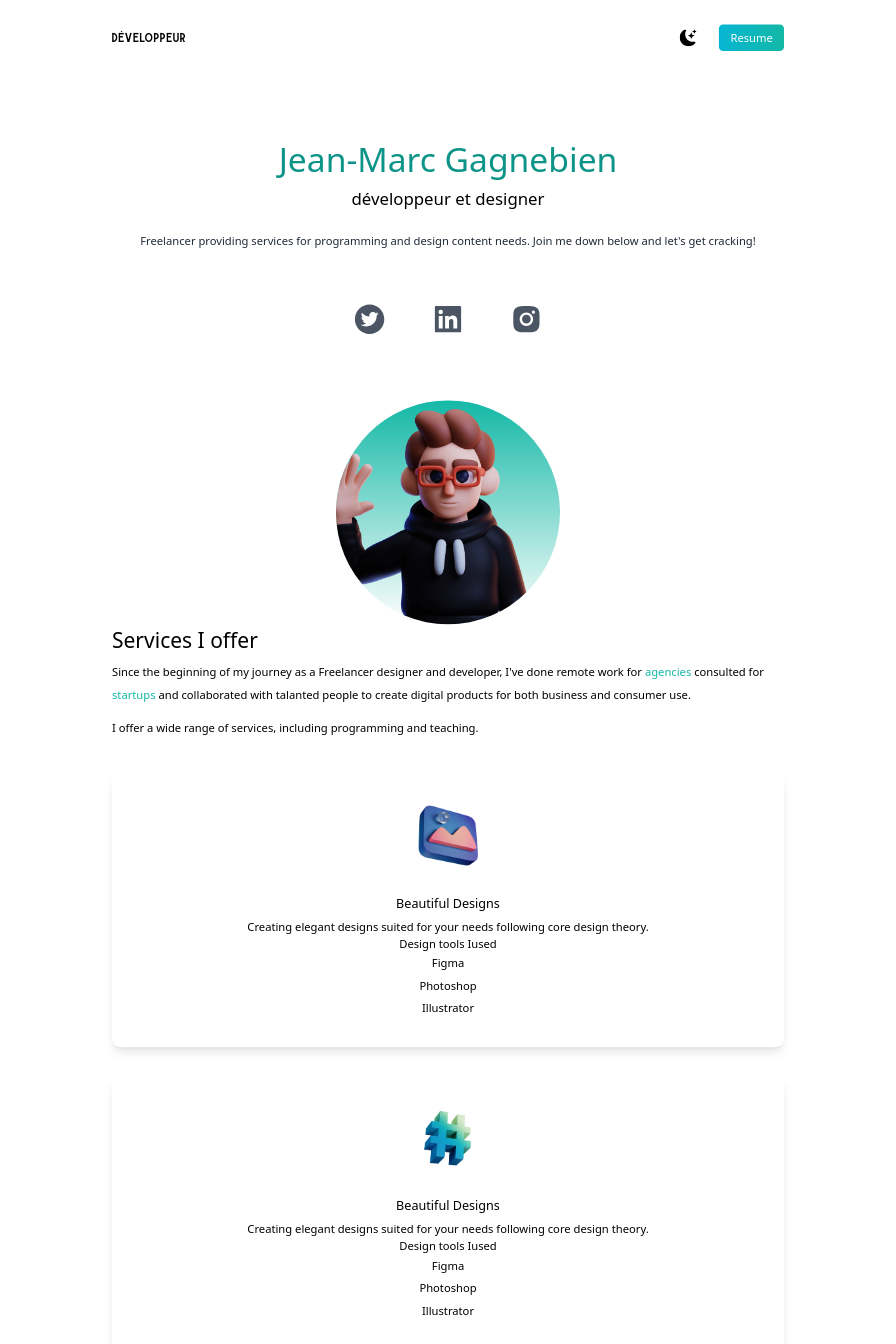
Repository: Jean-MarcG/portfoli_next
Page: /
The author's editor kept a copy of each file at every save. The page is drawn from the files as they stood at one save, then again after the next save.
The browser window is 1280 px wide. The pictures show the part of the page from y = 0 to 1920 px (the page is 6736 px tall before and 6748 px after), at 70% of full size.
The project was rebuilt for these pictures with package versions that can differ from the ones it lists, and the page was loaded fresh each time. The framework's server and built-in components were replaced by stand-ins that run in the browser. Also part of the build but not shown: next.config.js.

Above is the page before, as saved 2023-04-03 11:24:06.

### pages/index.js
import Head from 'next/head';
import {BsFillMoonStarsFill} from 'react-icons/bs';
import {
  AiFillTwitterCircle,
  AiFillLinkedin,
  AiFillInstagram} from 'react-icons/ai'
import Image from 'next/image';
import deved from '../public/dev-ed-wave.png';
import design from '../public/design.png';
import code from '../public/code.png';
import consulting from '../public/consulting.png';
import web1 from '../public/web1.png'
import web2 from '../public/web2.png'
import web3 from '../public/web3.png'
import web4 from '../public/web4.png'
import web5 from '../public/web5.png'
import web6 from '../public/web6.png'

export default function Home() {
  return (
    <>
    <Head>
    <title>Jean-Marc Gagnebien Portfolio</title>
    <meta name="description" content="Generated by create next app" />
    <meta name="viewport" content="width=device-width, initial-scale=1" />
    <link rel="icon" href="/favicon.ico" />
    </Head>
      <main className='bg-white px-10 md:px-20 lg:px-40'>
        <section className='min-h-screen'>
          <nav className='py-10 mb-12 flex justify-between'>
            <h1 className='text-xl font-burtons'>développeur</h1>
              <ul className='flex items-center'>
                <li>
                  <BsFillMoonStarsFill className='cursor-pointer text-2xl'/>
                </li>
                <li>
                  <a className='bg-gradient-to-r from-cyan-500 to-teal-500 text-white px-4 py-2 rounded-md ml-8' href='#'>Resume</a>
                </li>
              </ul>
          </nav>
          <div className='text-center p-10'>
            <h2 className='text-5xl py-2 text-teal-600 font-medium'>Jean-Marc Gagnebien</h2>
            <h3 className='text-2xl py-2'>développeur et designer</h3>
            <p className='text-md py-5 leading-8 text-gray-800'>Freelancer providing services for programming and design content needs. Join me down below and let's get cracking!</p>
          </div>
          <div className='text-5xl flex justify-center gap-16 py-3 text-gray-600'>
            <AiFillTwitterCircle />
            <AiFillLinkedin />
            <AiFillInstagram />
          </div>
          <div>
            <div className='relative mx-auto bg-gradient-to-b from-teal-500 rounded-full w-80 h-80 mt-20 overflow-hidden'>
              <Image src={deved} alt='photo développeur' fill style={{objectFit:'cover'}}/>
            </div>
          </div>
        </section>

        <section>
          <div>
            <h3 className='text-3xl py-1'>Services I offer</h3>
            <p className='text-md py-2 leading-8 text-gray-80'>
              Since the beginning of my journey as a Freelancer designer and developer, I've done remote work for
              <span className='text-teal-500'> agencies </span>consulted for <span className='text-teal-500'> startups </span>and collaborated with talanted people to create digital products for both business and consumer use.
            </p>
            <p className='text-md py-2 leading-8 text-gray-80'>
              I offer a wide range of services, including programming and teaching.
            </p>
          </div>
          <div>
            <div className='text-center shadow-lg p-10 rounded-xl my-10'>
              <Image className='m-auto' src={design} alt='image design' width={100} height={100} />
              <h3 className='text-lg font-medium pt-8 pb-2'>Beautiful Designs</h3>
              <p>
                Creating elegant designs suited for your needs following core design theory.
              </p>
              <h4>Design tools Iused</h4>
              <p className='text-grey-800 py-1'>Figma</p>
              <p className='text-grey-800 py-1'>Photoshop</p>
              <p className='text-grey-800 py-1'>Illustrator</p>
            </div>
          </div>
            <div className='text-center shadow-lg p-10 rounded-xl my-10'>
              <Image className='m-auto' src={code} alt='image code' width={100} height={100} />
              <h3 className='text-lg font-medium pt-8 pb-2'>Beautiful Designs</h3>
              <p>
                Creating elegant designs suited for your needs following core design theory.
              </p>
              <h4>Design tools Iused</h4>
              <p className='text-grey-800 py-1'>Figma</p>
              <p className='text-grey-800 py-1'>Photoshop</p>
              <p className='text-grey-800 py-1'>Illustrator</p>
            </div>
            <div className='text-center shadow-lg p-10 rounded-xl my-10'>
              <Image className='m-auto' src={consulting} alt='image design' width={100} height={100} />
              <h3 className='text-lg font-medium pt-8 pb-2'>Beautiful Designs</h3>
                <p>
                  Creating elegant designs suited for your needs following core design theory.
                </p>
                <h4>Design tools Iused</h4>
                <p className='text-grey-800 py-1'>Figma</p>
                <p className='text-grey-800 py-1'>Photoshop</p>
                <p className='text-grey-800 py-1'>Illustrator</p>
            </div>
        </section>
        <section>
          <div>
            <h3 className='text-3xl py-1'>Portfolio</h3>
              <p className='text-md py-2 leading-8 text-gray-80'>
                I offer a wide range of services, including programming and teaching.
              </p>
          </div>
          <div>
            <Image src={web1} alt='' />
          </div>
          <div>
            <Image src={web2} alt='' />
          </div>
          <div>
            <Image src={web3} alt='' />
          </div>
          <div>
            <Image src={web4} alt='' />
          </div>
          <div>
            <Image src={web5} alt='' />
          </div>
          <div>
          <Image src={web6} alt='' />
          </div>
        </section>
      </main>
    </>
    )
  }

### styles/globals.css
@tailwind base;
@tailwind components;
@tailwind utilities;

* {
  box-sizing: border-box;
  padding: 0;
  margin: 0;
}

html,
body {
  max-width: 100vw;
  overflow-x: hidden;
}

body {
  color: rgb(var(--foreground-rgb));
  background: linear-gradient(
      to bottom,
      transparent,
      rgb(var(--background-end-rgb))
    )
    rgb(var(--background-start-rgb));
}

a {
  color: inherit;
  text-decoration: none;
}

@font-face {
  font-family: "burtons";
  src: url(../public/Burtons.otf);
}

### tailwind.config.js
/** @type {import('tailwindcss').Config} */
module.exports = {
  content: [
    "./app/**/*.{js,ts,jsx,tsx}",
    "./pages/**/*.{js,ts,jsx,tsx}",
    "./components/**/*.{js,ts,jsx,tsx}",

    // Or if using `src` directory:
    "./src/**/*.{js,ts,jsx,tsx}",
  ],
  theme: {
    extend: {
      fontFamily: {
        burtons: 'burtons',
      }
    },
  },
  plugins: [],
}

Loaded but not shown: pages/_app.js (common file); pages/_document.js (common file)

After the next save:
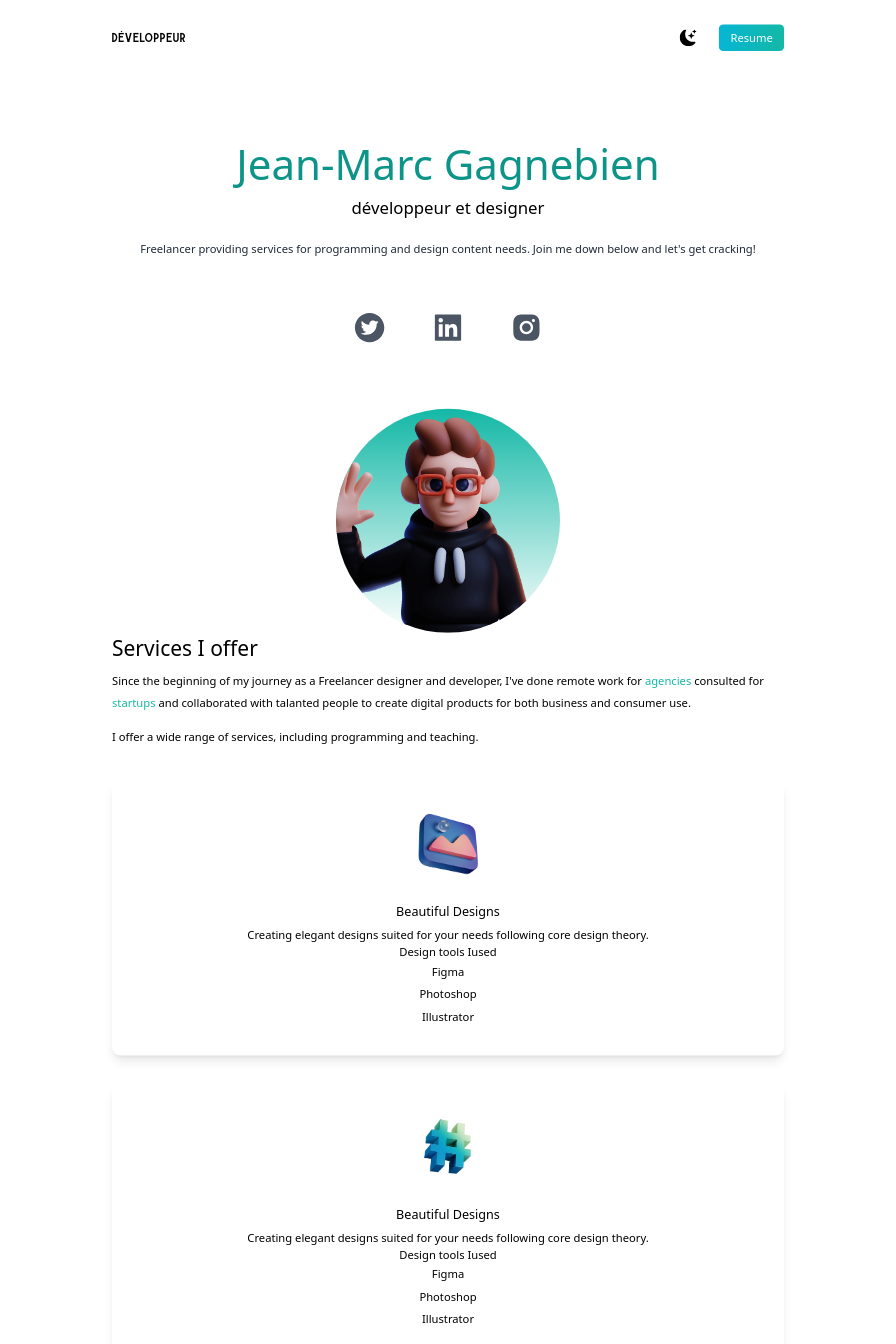
Saved 88 s later.
--- a/pages/index.js
+++ b/pages/index.js
@@ -39,7 +39,7 @@
               </ul>
           </nav>
           <div className='text-center p-10'>
-            <h2 className='text-5xl py-2 text-teal-600 font-medium'>Jean-Marc Gagnebien</h2>
+            <h2 className='text-5xl py-2 text-teal-600 font-medium md:text-6xl'>Jean-Marc Gagnebien</h2>
             <h3 className='text-2xl py-2'>développeur et designer</h3>
             <p className='text-md py-5 leading-8 text-gray-800'>Freelancer providing services for programming and design content needs. Join me down below and let's get cracking!</p>
           </div>
